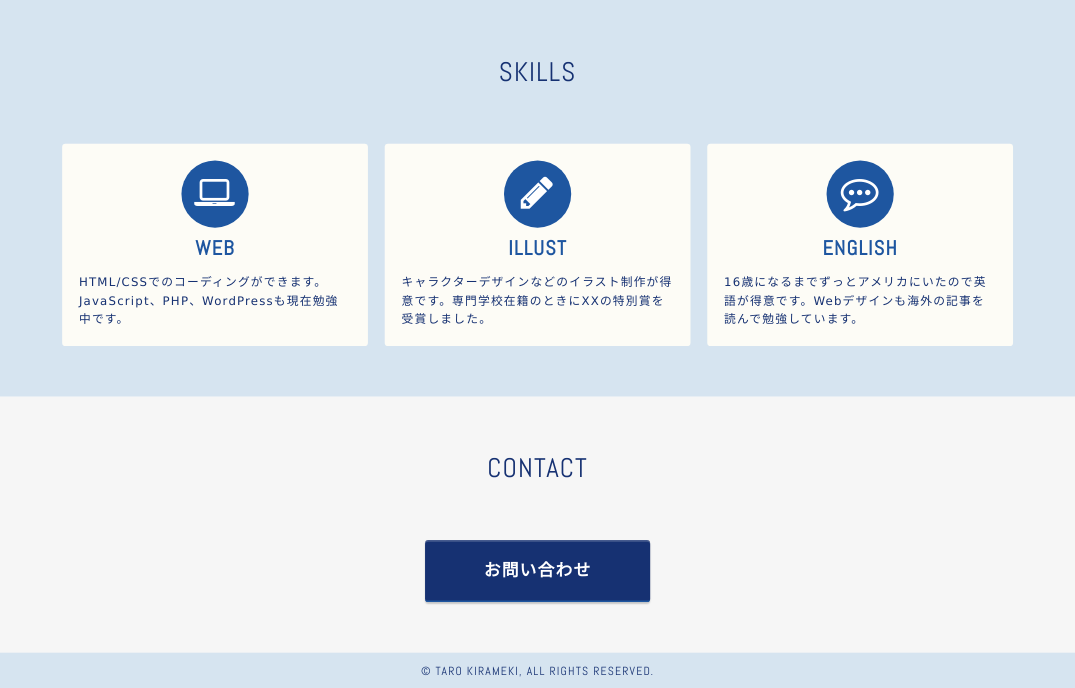
Repository: ryutaro-tsukamoto/responsive-site
Page: index.html
The author's editor kept a record of every edit. The page is drawn from the files as they stood at one moment, then again after the next edit.
The browser window is 1280 px wide. The pictures show the whole page, at 84% of full size.
Some web libraries are served in a nearby version.

Above is the page before.

### index.html
<!DOCTYPE html>
<html lang="ja">
  <head>
    <meta charset="utf-8">
    <meta name="viewport" content="width=device-width,initial-scale=1">
    <title>レスポンシブデザイン</title>

    <link rel="stylesheet" href="https://cdnjs.cloudflare.com/ajax/libs/meyer-reset/2.0/reset.css">
    <link rel="stylesheet" href="./css/style.css">
    <link rel="stylesheet" href="https://maxcdn.bootstrapcdn.com/font-awesome/4.6.1/css/font-awesome.min.css">
  </head>
  <body><!--header-->
    <header>

        <div class="main-img"></div>


    </header><!--contents-->
    <main><!--skills-->
      <section id="skills">
        <h2 class="text-center">Skills</h2>
        <div class="container">
          <div class="skill-box"><i aria-hidden="true" class="skill-icon fa fa-laptop"></i>
            <h3 class="text-center">Web</h3>
            <p>HTML/CSSでのコーディングができます。JavaScript、PHP、WordPressも現在勉強中です。</p>
          </div>
          <div class="skill-box"><i aria-hidden="true" class="skill-icon fa fa-pencil"></i>
            <h3 class="text-center">Illust</h3>
            <p>キャラクターデザインなどのイラスト制作が得意です。専門学校在籍のときにXXの特別賞を受賞しました。</p>
          </div>
          <div class="skill-box"><i aria-hidden="true" class="skill-icon fa fa-commenting-o"></i>
            <h3 class="text-center">English</h3>
            <p>16歳になるまでずっとアメリカにいたので英語が得意です。Webデザインも海外の記事を読んで勉強しています。</p>
          </div>
        </div>
      </section><!--works-->

      <section id="contact">
        <h2 class="text-center">Contact</h2>
          <div class="test"><a href="#" class="square_btn">お問い合わせ</a></div>
      </section>
    </main><!--footer-->
    <footer><small class="text-center abel uppercase">&copy; Taro Kirameki, All Rights Reserved.</small></footer>
  </body>
</html>

### css/style.css
@charset "UTF-8";    /* 文字コードの指定 */

@import 'https://fonts.googleapis.com/css?family=Abel';    /* Google Fonts用のCSSを読み込み */

html
{
    font-size: 62.5%;
}

body
{
    font-family: '游ゴシック', YuGothic, 'メイリオ', Verdana, 'Hiragino Kaku Gothic ProN', Meiryo, sans-serif;
    font-size: 1.4rem;
    line-height: 1.6;
    letter-spacing: .1em;
    color: #163172;
    background-color: #f6f6f6;
}

a
{
    text-decoration: none;

    color: #14c0c9;
}
a:visited
{
    color: #fff;
}
a:hover
{
    color: #0f949b;7
}
a:active
{
    color: #16d6e0;
}
a:hover
{
    text-decoration: underline;
}

.text-center
{
    text-align: center;
}

.block-center,
section .container,
#skills i
{
    display: block;
    margin-right: auto;
    margin-left: auto;
}

.abel,
section h2,
#skills h3,
#works .works-box a .works-box-inner .button-readmore
{
    font-family: 'Abel', sans-serif;
}

.uppercase,
section h2,
#skills h3,
#works .works-box a .works-box-inner .button-readmore
{
    text-transform: uppercase;
}
.button-contact
{
    font-size: 20px;
    line-height: 0;
    display: block;
    float: right;
    width: 20px;
    height: 20px;
    margin: 20px 20px 0 0;
    padding: 10px;
    text-align: center;
    color: #4c4c4c;
    border: 2px solid #4c4c4c;
    -webkit-border-radius: 4px;
       -moz-border-radius: 4px;
            border-radius: 4px;
}
.button-contact:visited
{
    color: #4c4c4c;
}
.button-contact:hover,
.button-contact:active
{
    color: #fff;
    background-color: #4c4c4c;
}

header .main-img
{
    width: 100%;
    height: 500px
    background-size: cover;
    background-position: center center;
}
header .site-title
{
    font-size: 1.8rem;
    line-height: normal;
}
header .site-title span
{
    font-size: 4.2rem;
    display: block;

    color: #163172;
}
header .profile-icon
{
    margin: 30px auto;
    -webkit-border-radius: 50%;
       -moz-border-radius: 50%;
            border-radius: 50%;
}
header p
{
    font-size: 1.6rem;
}
section
{
    padding: 60px 0;
}
section .container
{
    width: 90%;
}
section h2
{
    font-size: 3.2rem;
}
#skills
{
    background-color: #D6E4F0;
}

#skills .container
{
    display: -webkit-flex;
    display: flex;
    justify-content: space-between;
    -webkit-flex-direction: column;
    flex-direction: column; }
}
#skills h2
{
    margin-bottom: 60px;
    color: #163172;
}
#skills .skill-box
{
    -webkit-box-sizing: border-box;
       -moz-box-sizing: border-box;
            box-sizing: border-box;
    -webkit-flex: 1;
            flex: 1;
    margin: 10px 0;
    padding: 20px;
    -webkit-border-radius: 4px;
       -moz-border-radius: 4px;
            border-radius: 4px;
    background-color: #fdfcf6;
    box-sizing: border-box;
}
#skills i
{
    font-size: 4.5rem;
    -webkit-box-sizing: border-box;
       -moz-box-sizing: border-box;
            box-sizing: border-box;
    width: 80px;
    height: 80px;
    margin-bottom: 5px;
    padding-top: 15px;
    text-align: center;
    color: #fff;
    -webkit-border-radius: 50%;
       -moz-border-radius: 50%;
            border-radius: 50%;
    background-color: #1E56A0;
}
#skills h3
{
    font-size: 2.4rem;
    font-weight: bold;
    margin-bottom: 10px;
    color: #1E56A0;
}
.text-center{
        margin-bottom: 60px;


}
.square_btn {
    position: relative;
    display: inline-block;
    padding: 1.0em 3.5em;
    text-decoration: none;
    color: #FFF;
    background: #163172;/*背景色*/
    border-bottom: solid 2px #1E56A0;/*少し濃い目の色に*/
    border-radius: 4px;/*角の丸み*/
    box-shadow: inset 0 2px 0 rgba(255,255,255,0.2), 0 2px 2px rgba(0, 0, 0, 0.19);
    font-weight: bold;
    font-size: 20px
}

.test{
    text-align : center ;
}

footer
{
    padding: 10px 0;
    text-align: center;
    color: #163172;
    background-color: #D6E4F0;
}
@media (min-width: 769px) {
#skills .container {
    -webkit-flex-direction: row;
    flex-direction: row;
    justify-content: space-between; }
#skills .skill-box {
    margin: 0 10px; }

}

After the next edit:
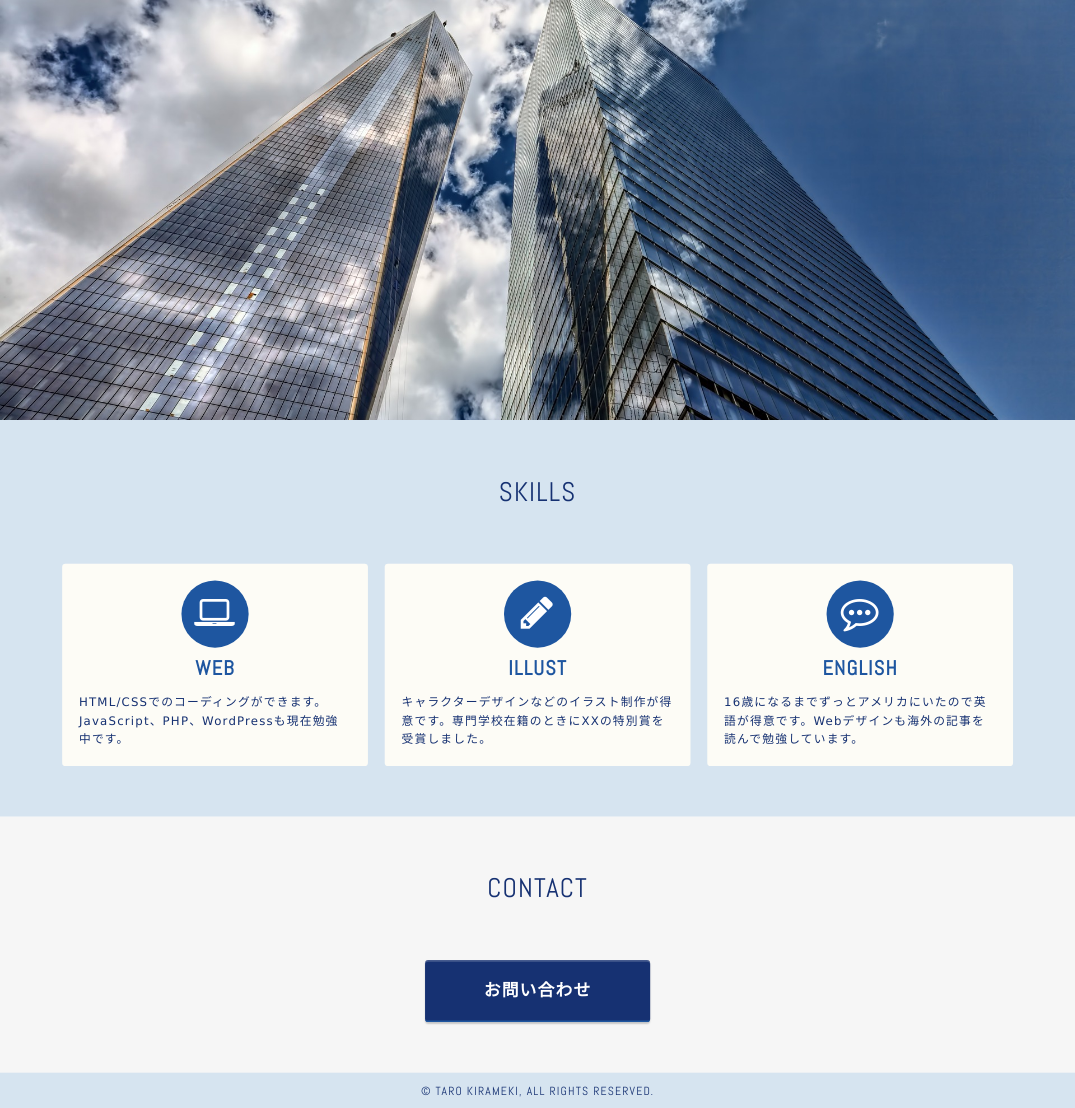
The edit:
--- a/css/style.css
+++ b/css/style.css
@@ -99,8 +99,9 @@
 
 header .main-img
 {
+    background-image: url(../images/img1.jpg);
     width: 100%;
-    height: 500px
+    height: 500px;
     background-size: cover;
     background-position: center center;
 }
